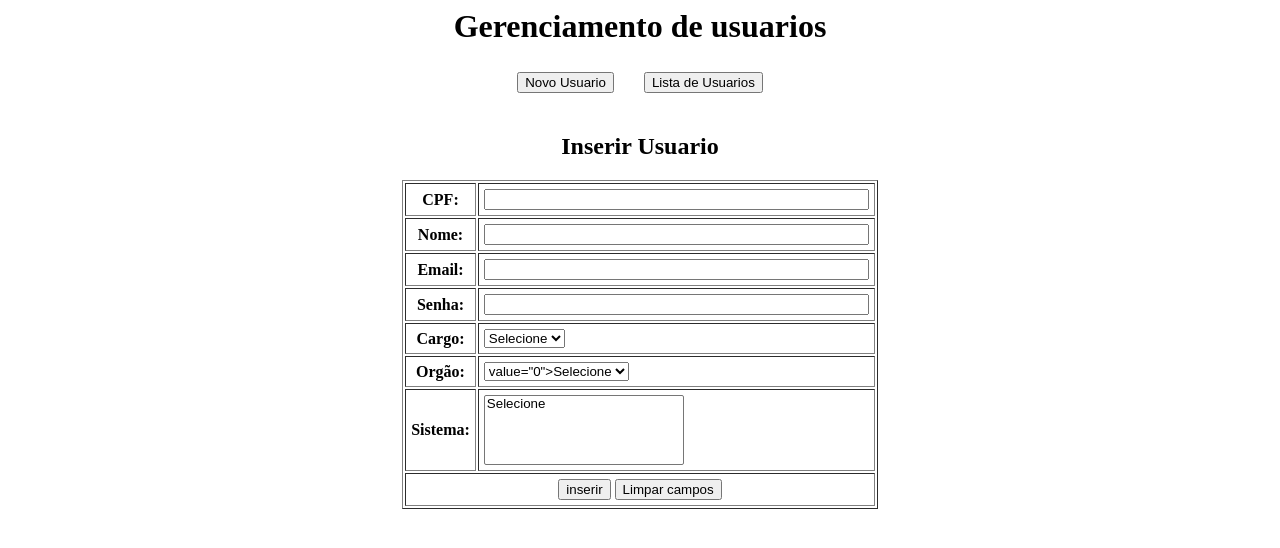
Repository: MarceloLopes22/DesafioInvia
Page: http://localhost/desafioInvia/novoUsuario.jsp
An editor plug-in stored every save of this project. The page is shown before and after the next save, followed by the edit.
The browser window is 1280 px wide. The pictures show the whole page.
Some web libraries are served in a nearby version. The page is served by Tomcat 9. Other server files are loaded and not shown. The template is opened directly, without the code that normally fills it, so the values that code supplies are empty.

Above is the page before, as saved 2020-03-31 02:54:22.

### workspace/desafioInvia/src/main/webapp/novoUsuario.jsp
<%@ page language="java" contentType="text/html; charset=UTF-8"
	pageEncoding="UTF-8"%>
<%@ taglib uri="http://java.sun.com/jsp/jstl/core" prefix="c"%>
<html>
<head>
<title>Criar/Alterar Usuario</title>
<script	src="//ajax.googleapis.com/ajax/libs/jquery/1.11.0/jquery.min.js"></script>
<meta charset="utf-8">
<script type="text/javascript" src="usuario.js"></script>
<!-- <script src="http://ajax.googleapis.com/ajax/libs/jquery/3.3.1/jquery.min.js"></script>
<script type="text/javascript">

$(window).on('load', function() {
	$(document).ready(function() {
		var cpf = ${usuario.cpf};
		if(cpf != null){
			var selecionados = ${selecionados};
			var sistemas = ${allSistemas};//Deverá ser carregada do banco de dados
			console.log(selecionados);
			console.log(sistemas);

			$.each(sistemas,function(i, value){
				$.each(selecionados,function(j, value2){
					if(value.idSistema == value2.idSistema) {
						$('#sistemas option[value=' + value2.idSistema + ']').attr('selected', true);
					}
				});
			});
		}
	});
});
</script> -->
</head>
<body>
	<div id="erroMessage">
		<c:if test="${not empty erro}">
			<pre>${erro}</pre>
		</c:if>
	</div>
	<div align="center" id="formUsuario">
		<c:if test="${usuario.cpf != null}">
			<form action="atualizar" method="post">
		</c:if>
		<c:if test="${usuario.cpf == null}">
			<form action="inserir" method="post">
		</c:if>
		<div align="center">
			<h1>Gerenciamento de usuarios</h1>
			<h2>
				<input type="submit" formmethod="get" formaction="<%=request.getContextPath()%>/inserir" value="Novo Usuario"></input> &nbsp;&nbsp;&nbsp;
				<input type="submit" formmethod="get" formaction=" <%=request.getContextPath()%>/list" value="Lista de Usuarios"></input>
			</h2>
		</div>
			<table border="1" cellpadding="5">
				<caption>
					<h2>
						<c:if test="${usuario.cpf != null}">
	                        Alterar Usuario
	                    </c:if>
						<c:if test="${usuario.cpf == null}">
	                        Inserir Usuario
	                    </c:if>
					</h2>
				</caption>
				<c:if test="${usuario.cpf != null}">
					<input type="hidden" name="cpf" id="cpf" value="<c:out value='${usuario.cpf}' />" />
				</c:if>
				<tr>
					<th>CPF:</th>
					<td>
						<input type="text" name="cpf" id="cpf" size="45" value="<c:out value='${usuario.cpf}' />" />
					</td>
				</tr>
				<tr>
					<th>Nome:</th>
					<td>
						<input type="text" name="nome" id="nome" size="45" value="<c:out value='${usuario.nome}' />" />
					</td>
				</tr>
				<tr>
					<th>Email:</th>
					<td>
						<input type="text" name="email" id="email" size="45" value="<c:out value='${usuario.email}' />" />
					</td>
				</tr>
				<tr>
					<th>Senha:</th>
					<td>
						<input type="text" name="senha" id="senha" size="45" value="<c:out value='${usuario.senha}' />" />
					</td>
				</tr>
				<tr>
					<th>Cargo:</th>
					<c:choose>
						<c:when test="${usuario.cpf == null}">
							<td>
								<select name="cargo" id="cargo">
									<option value="0">Selecione</option>
								    <c:forEach items="${cargos}" var="c">
								       <option value="${c.id}">${c.descricao}</option>
								    </c:forEach>
								</select>
							</td>
						</c:when>
						<c:when test="${usuario.cpf != null}">
							<td>
								<select name="cargo" id="cargo">
									<option value="0">Selecione</option>
								    <c:forEach items="${cargos}" var="c">
								       <option value="${c.id}" ${c.id == usuario.cargo.idCargo ? 'selected' : ''}>${c.descricao}</option>
								    </c:forEach>
								</select>
							</td>
						</c:when>
					</c:choose>
				</tr>
				<tr>
					<th>Orgão:</th>
					<c:choose>
						<c:when test="${usuario.cpf == null}">
							<td>
								<select name="orgao" id="orgao">
									<option> value="0">Selecione</option>
								    <c:forEach items="${orgaos}" var="c">
								       <option value="${c.id}">${c.nome}</option>
								    </c:forEach>
								</select>
							</td>
						</c:when>
						<c:when test="${usuario.cpf != null}">
							<td>
								<select name="orgao" id="orgao">
									<option value="0">Selecione</option>
								    <c:forEach items="${orgaos}" var="c">
								       <option value="${c.id}" ${c.id == usuario.orgao.idOrgao ? 'selected' : ''}>${c.nome}</option>
								    </c:forEach>
								</select>
							</td>
						</c:when>
					</c:choose>
				</tr>
				<tr>
					<th>Sistema:</th>
					<c:choose>
						<c:when test="${usuario.cpf == null}">
							<td>
								<select id="sistemas" name="sistemas" multiple="multiple" style="width: 200px;">
									<option value="0">Selecione</option>
								    <c:forEach items="${sistemas}" var="c">
								       <option value="${c.id}">${c.nome}</option>
								    </c:forEach>
								</select>
							</td>
						</c:when>
					</c:choose>
				</tr>
				<tr>
					<td colspan="2" align="center">
						<c:if test="${usuario.cpf == null}">
							<button name="inserir" type="submit" onclick="incluir()">inserir</button>
						</c:if>
						<c:if test="${usuario.cpf != null}">
							<input name="atualizar" type="submit" value="atualizar" formmethod="post" formaction="<%=request.getContextPath()%>/atualizar" />
						</c:if>
						<input type="reset" value="Limpar campos" />
					</td>
				</tr>
			</table>
		</form>
	</div>
	</body>
</html>

### workspace/desafioInvia/src/main/webapp/usuario.js
const URL_LOGIN = 'http://localhost:8080/desafioInvia/LoginViewServlet';
const URL_USUARIO = 'http://localhost:8080/desafioInvia/UsuarioViewServelet';

function login(){
	jQuery.ajax({
		type: "POST",
		async: false,
		url: URL_LOGIN,
		data:  {
			"email" : document.getElementById("email").value,
			"senha" : document.getElementById("senha").value
		},
		success: function (dados) {
			var formLista = document.getElementById("formLogin");
			formLista.innerHTML = dados;
		},
		error: function (err){
			alert(err.responseText);
		}
	});
}

function novo(){
	jQuery.ajax({
		type: "GET",
		async: false,
		url: URL_USUARIO,
		data:  {
			"acao" : "acessarPagIncluir"
		},
		success: function (dados) {
			var formLista = document.getElementById("formLista");
			formLista.innerHTML = dados;
		},
		error: function (err){
			alert(err.responseText);
		}
	});
}

function incluir(){

	var sistemas = $('#sistemas').val();
	jQuery.ajax({
		type: "POST",
		async: false,
		url: URL_USUARIO,
		data:  {
			"acao" : "incluir",
			"cpf" : document.getElementById("cpf").value,
			"nome" : document.getElementById("nome").value,
			"email" : document.getElementById("email").value,
			"senha" : document.getElementById("senha").value,
			"cargo" : document.getElementById("cargo").value,
			"orgao" : document.getElementById("orgao").value,
			"sistemas" : sistemas
		},
		success: function (dados) {
			var formLista = document.getElementById("formLista");
			formLista.innerHTML = dados;
		},
		error: function (err){
			alert(err.responseText);
		}
	});
}

function listar(){
	jQuery.ajax({
		type: "POST",
		async: false,
		url: URL_LOGIN,
		data:  {
			"email" : document.getElementById("email").value,
			"senha" : document.getElementById("senha").value
		},
		success: function (dados) {
			var formLista = document.getElementById("formLogin");
			formLista.innerHTML = dados;
		},
		error: function (err){
			alert(err.responseText);
		}
	});
}

function editar(cpf){
	jQuery.ajax({
		type: "POST",
		async: false,
		url: URL_LOGIN,
		data:  {
			"email" : document.getElementById("email").value,
			"senha" : document.getElementById("senha").value
		},
		success: function (dados) {
			var formLista = document.getElementById("formLogin");
			formLista.innerHTML = dados;
		},
		error: function (err){
			alert(err.responseText);
		}
	});
}

function apagar(cpf){
	jQuery.ajax({
		type: "DELETE",
		async: false,
		url: URL_USUARIO,
		data: {
			"cpf" : cpf
		},
		success: function (dados) {
			var formLista = document.getElementById("formLista");
			formLista.innerHTML = dados;
		},
		error: function (err){
			alert(err.responseText);
		}
	});
}
/*
function xpto1(){
	var email = document.getElementById("email").value;
    var senha = document.getElementById("senha").value;
	var retorno = $.post("http://localhost:8080/desafioInvia/LoginViewServlet",
			{ email: email, senha: senha});

	retorno.fail(function(error) {
	    console.log(error);
	 });

	retorno.done(function(data) {
		 //result.innerHTML = data;
		 console.log(data);
		});
}
function xpto2() {
	jQuery.ajax({
		type : "POST",
		url : "http://localhost:8080/desafioInvia/LoginViewServlet",
		async : false,
		data : {
			"email" : document.getElementById("email").value,
			"senha" : document.getElementById("senha").value
		},
		success : function(dados) {
			if (dados) {
				alert(dados);
			}
		}
	});
}

function xpto(){
	//Creating a new XMLHttpRequest object
    var xmlhttp;
    if (window.XMLHttpRequest){
        xmlhttp = new XMLHttpRequest(); //for IE7+, Firefox, Chrome, Opera, Safari
    } else {
        xmlhttp = new ActiveXObject("Microsoft.XMLHTTP"); //for IE6, IE5
    }
    //Create a asynchronous GET request
    xmlhttp.open("POST", 'http://localhost:8080/desafioInvia/LoginViewServlet', false);
    var email = document.getElementById("email").value;
    var senha = document.getElementById("senha").value;
    xmlhttp.send("email="+email+"&"+"senha="+senha);

    //Execution blocked till server send the response
    if (xmlhttp.readyState == 4) {
        if (xmlhttp.status == 200)
        {
            document.getElementById("message").innerHTML = xmlhttp.responseText;
        }
        else
        {
            alert('Something is wrong !!');
        }
    }
}

var request;

$("#login").submit(function(event) {

    // abort any pending request
    if (request) {
        request.abort();
    }

  event.preventDefault();

   $("#result").html('');

   var values = $(this).serialize();

  request =$.ajax({
      url: "http://localhost:8080/desafioInvia/LoginViewServlet",
      type: "post",
      data: {
			email : $("#email").val(),
			senha : $("#senha").val()
		},
      success: function(){
           $("#result").html('submitted successfully');
      },
      error:function(){
          $("#result").html('there is error while submit');
      }
  });
});

function login(){
	$.ajax({
		url : 'http://localhost:8080/desafioInvia/LoginViewServlet',
		type : 'POST',
		data : {
			email : $("#email").val(),
			senha : $("#senha").val()
		}, success : function (response, text) {
			alert(response);
		},error : function (request, status, error) {
			$("#erro").val(request.responseText);
			alert(request.responseText);
		}
	}).fail(function() {
	   $("#erro").val(request.responseText);
	   alert(request.responseText);
	});
}*/

After the next save:
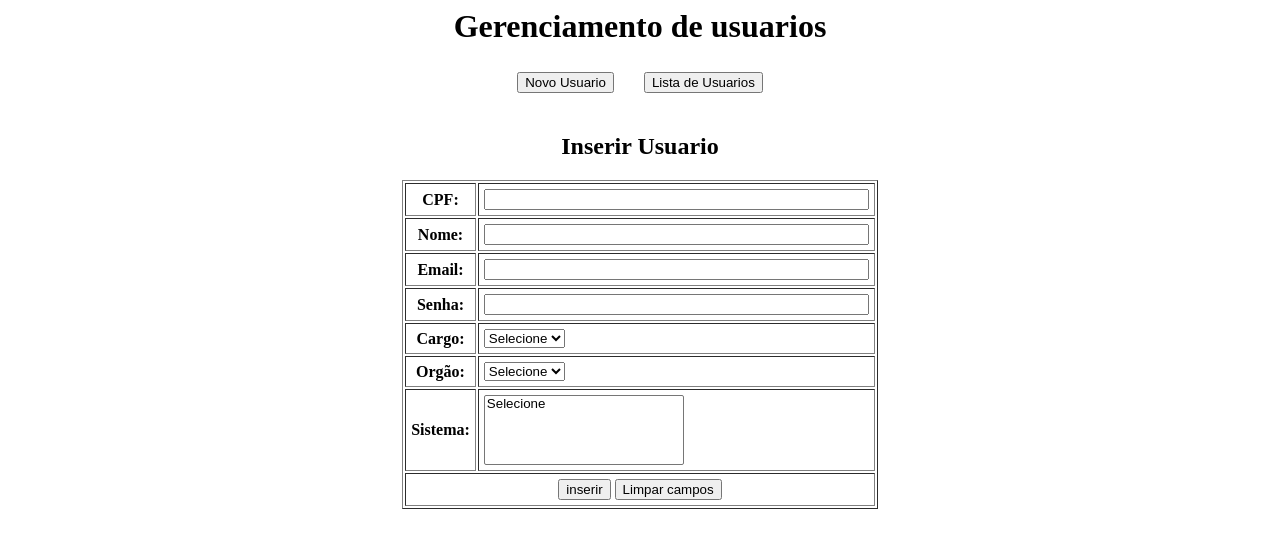
Saved 7 s later.
--- a/workspace/desafioInvia/src/main/webapp/novoUsuario.jsp
+++ b/workspace/desafioInvia/src/main/webapp/novoUsuario.jsp
@@ -120,7 +120,7 @@ $(window).on('load', function() {
 						<c:when test="${usuario.cpf == null}">
 							<td>
 								<select name="orgao" id="orgao">
-									<option> value="0">Selecione</option>
+									<option value="0">Selecione</option>
 								    <c:forEach items="${orgaos}" var="c">
 								       <option value="${c.id}">${c.nome}</option>
 								    </c:forEach>
